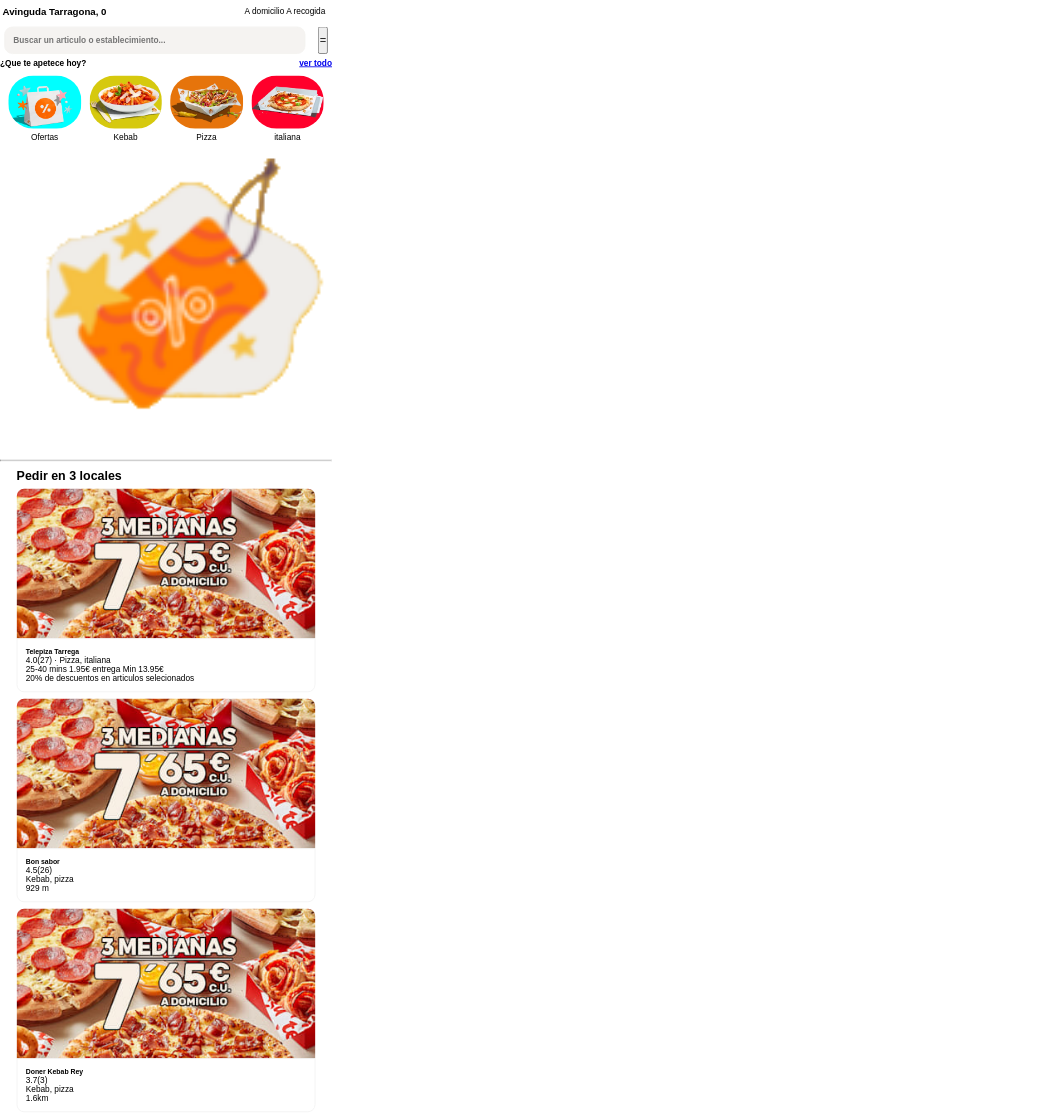
Repository: Srpinedaa/justEat
Page: index.html
An editor plug-in stored every save of this project. The page is shown before and after the next save, followed by the edit.
The browser window is 1280 px wide. The pictures show the whole page, at 83% of full size.

Above is the page before, as saved 2024-10-03 15:06:19.

### index.html
<!DOCTYPE html>
<html lang="en">

<head>
    <meta charset="UTF-8">
    <meta name="viewport" content="width=, initial-scale=1.0">
    <title>Just Eat</title>
    <link rel="stylesheet" href="css/estilos.css">
</head>

<body>
    <div id="all">
        <header>
            <div id="navDireccion">
                <h3 class="direccion">Avinguda Tarragona, 0</h3>
                <div class="formaPedido">
                    <a>A domicilio</a>
                    <a>A recogida</a>
                </div>
            </div>

            <div id="navBuscador">
                <input type="text" placeholder="Buscar un articulo o establecimiento...">
                <button>=</button>
            </div>
        </header>
        <main>
            <div id="contenido">
                <div id="bloque1">
                    <section class="bloque1Sesion1">
                        <h4>¿Que te apetece hoy?</h4>
                        <h4><a href="#">ver todo</a></h4>
                    </section>
                    <section class="bloque1Sesion2">
                        <div class="fotoComida ofertas">
                            <img src="img/ofertas.png" alt="ofertas">
                            <p>Ofertas</p>
                        </div>
                        <div class="fotoComida kebab">
                            <img src="img/italiana.png" alt="italiana">
                            <p>Kebab</p>
                        </div>
                        <div class="fotoComida kebab2">
                            <img src="img/kebab.png" alt="kebab">
                            <p>Pizza</p>
                        </div>
                        <div class="fotoComida pizza">
                            <img src="img/pizza.png" alt="pizza">
                            <p>italiana</p>
                        </div>
                    </section>
                </div>
                <div id="bloque2">
                    <div id="slideShow">
                        <img src="img/descuento.png" alt="descuentos">
                    </div>
                </div>
                <hr>
                <div id="bloque3">
                    <h2>Pedir en 3 locales</h2>
                    <section class="bloquePedidos">
                        <div class="pedido">
                            <div class="imagenPedido">
                                <img src="img/pizza.jpg" alt="pizza">
                            </div>
                            <div class="informacionPedido">
                                <h5>Telepiza Tarrega</h5>
                                <p>4.0(27) · Pizza, italiana</p>
                                <p>25-40 mins 1.95€ entrega Min 13.95€</p>
                                <p>20% de descuentos en articulos selecionados</p>
                            </div>
                        </div>
                        <div class="pedido">
                            <div class="imagenPedido">
                                <img src="img/pizza.jpg" alt="pizza">
                            </div>
                            <div class="informacionPedido">
                                <h5>Bon sabor</h5>
                                <p>4.5(26)</p>
                                <p>Kebab, pizza</p>
                                <p>929 m</p>
                            </div>
                        </div>
                        <div class="pedido">
                            <div class="imagenPedido">
                                <img src="img/pizza.jpg" alt="pizza">
                            </div>
                            <div class="informacionPedido">
                                <h5>Doner Kebab Rey</h5>
                                <p>3.7(3)</p>
                                <p>Kebab, pizza</p>
                                <p>1.6km</p>
                            </div>
                        </div>
                    </section>
                </div>
            </div>
        </main>
        <footer></footer>
    </div>
</body>

</html>

### css/estilos.css
*{
    margin: 0;
    padding: 0;
    box-sizing: border-box;
    font-family: sans-serif;
}

html{
    font-size: 62.5%;
}

#all{
    /* border: 1px solid red; */
    overflow: hidden;
    width: 40rem;

}

#navDireccion{
    /* border: 1px solid green; */
    display: flex;
    justify-content: space-between;
    margin-bottom: 9px;
    padding: 3px;
    align-items: center;
    margin: 0;
}

#navBuscador{
    padding: 5px;
    /* border: 1px solid blue; */
    display: flex;
    justify-content: space-between;
}

#navBuscador input{
    width: 93%;
    border-radius: 1rem;
    padding: 1rem;
    border: 1px solid #f5f3f1;
    background-color: #f5f3f1;
    font-size: 1rem;
    font-weight: bolder;

}

.buscador{
    /* border: 1px solid red; */
    border-radius: 7px;
    padding: 5px;
}


#slideShow{
    width: 100%;
    height: auto;
    margin-bottom: 2rem;
    padding: 5px;
    /* border: 1px solid cadetblue; */
}

#slideShow img{
    width: 100%;
    height: 100%;
}

.formaPedido{
    /* border: 1px solid red; */
    border-radius: 7px;
    padding: 5px;
}

#contenido{
    /* border: 1px solid green; */
}

#bloque1{
    /* border: 1px solid blue; */
    display: flex;
    flex-direction: column;
}

.bloque1Sesion1{
    /* border: 1px solid pink; */
    display: flex;
    justify-content: space-between;
}

.bloque1Sesion2{
    /* border: 1px solid brown; */
    display: flex;
    width: 100%;
    justify-content: space-between;
    padding: 5px;
}

.fotoComida{
    width: 20rem;
    height: auto;
    padding: 5px;
    display: flex;
    flex-direction: column;
    align-items: center;
}

.fotoComida img{
    width: 100%;
    height: 100%;
    border-radius: 8px;
    /* border: 1px solid salmon; */
}

.ofertas img{
    background-color: aqua;
    border-radius: 3rem;
}

.kebab img{
    background-color: rgb(214, 201, 14);
    border-radius: 3rem;

}

.kebab2 img{
    background-color: rgb(230, 116, 11);
    border-radius: 3rem;

}

.pizza img{
    background-color: rgb(255, 0, 43);
    border-radius: 3rem;

}

.fotoComida p{
    margin: 5px 0;
}

#bloque3{
    margin-top: 8px;
}

#bloque3 h2{
    margin-bottom: 8px;
    margin-left: 2rem;
}

.bloquePedidos{
    /* border: 1px solid blue; */
}

.pedido{
    width: 100%;
    /* border: 1px solid green; */
    display: flex;
    flex-direction: column;
    border-radius: 8px;
    margin-bottom: 8px;
}

.imagenPedido{
    width: 36rem;
    /* border: 1px solid red; */
    display: flex;
    justify-content: center;
    align-items: center;
    height: 18rem;
    overflow: hidden;
    border-top-right-radius: 9px;
    border-top-left-radius: 9px;
    margin: 0 auto;

    /* position: relative; */
}

.informacionPedido{
    width: 36rem;
    /* background-color: wheat; */
    display: flex;
    flex-direction: column;
    flex-wrap: wrap;
    margin: 0 auto;
    padding: 1rem;
    border-bottom-left-radius: 9px;
    border-bottom-right-radius: 9px;
    border: 1px solid #f2f2f2;

}

.informacionPedido h5{
    width: 100%;
}

.informacionPedido p:last-child{
    width: 100%;
}

After the next save:
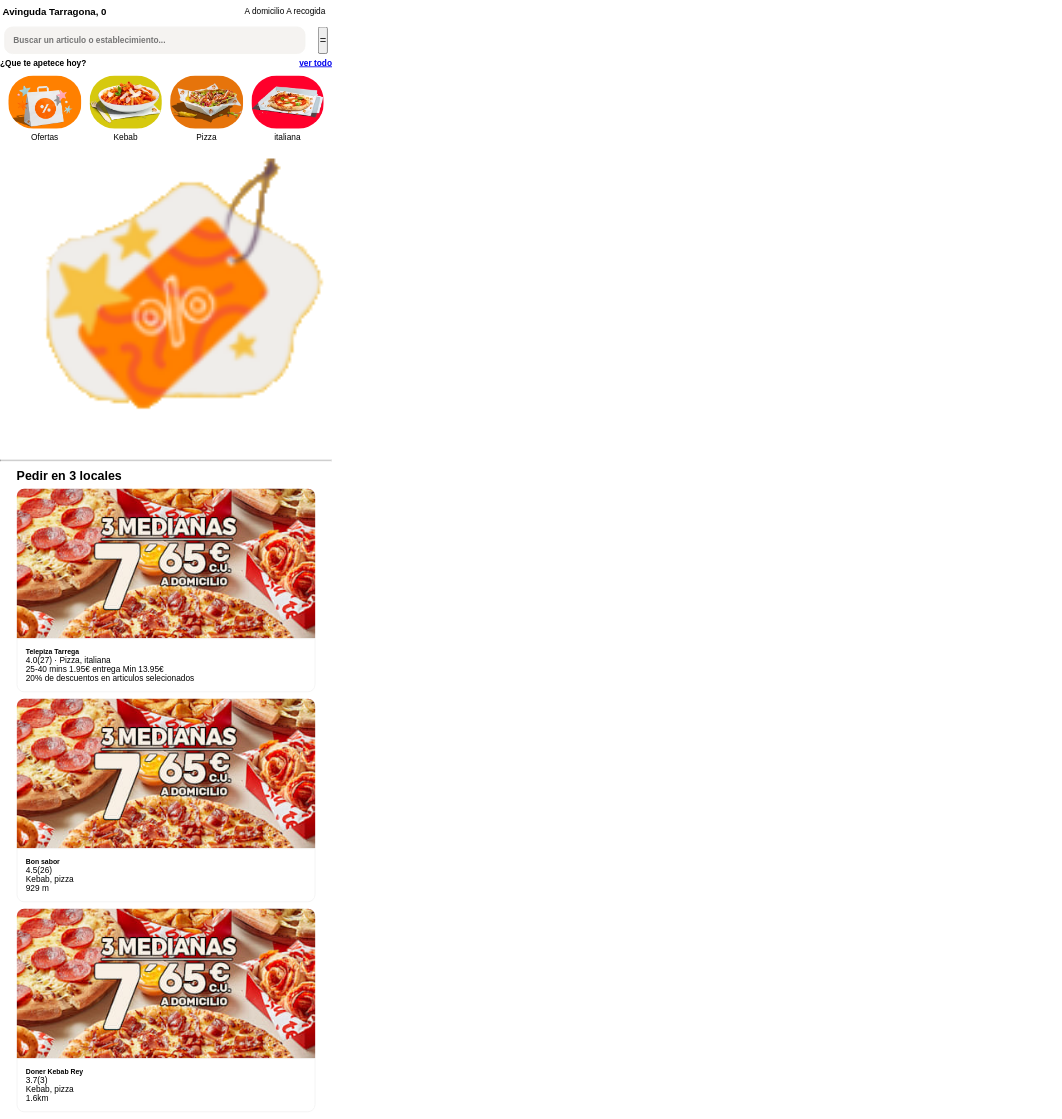
Saved 3 min 20 s later.
--- a/css/estilos.css
+++ b/css/estilos.css
@@ -111,7 +111,7 @@
 }
 
 .ofertas img{
-    background-color: aqua;
+    background-color: #ff8000;
     border-radius: 3rem;
 }
 
